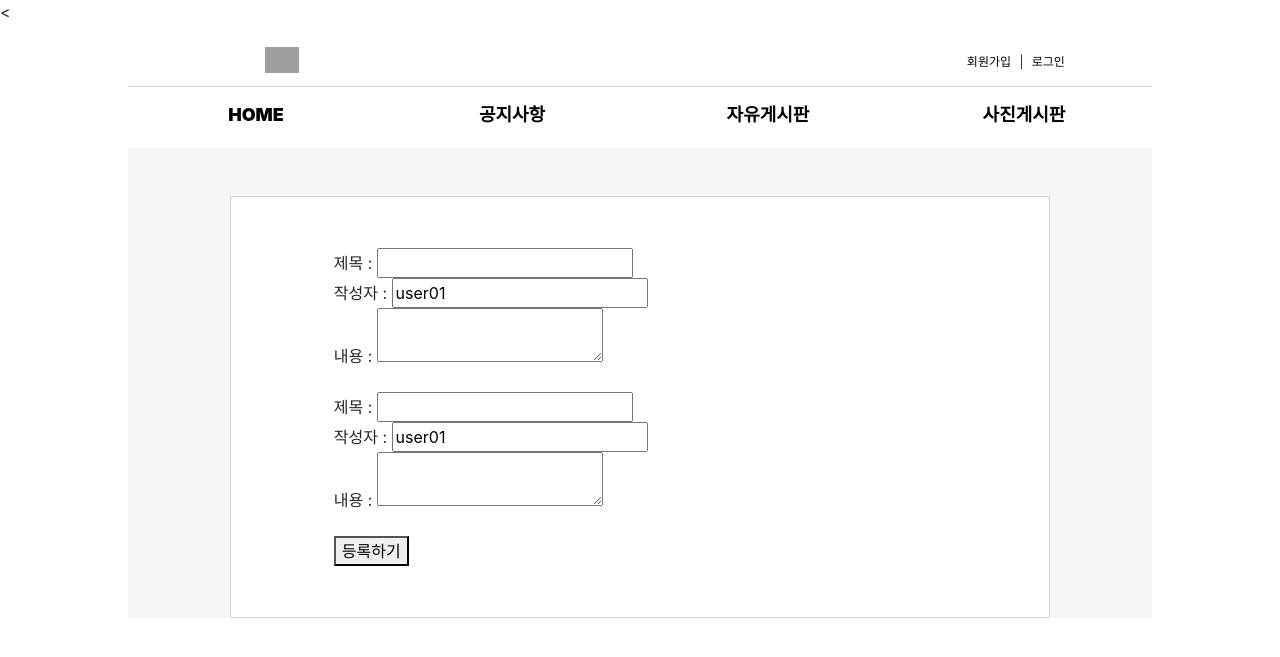
Repository: Young-27/DailyStudy
Page: http://localhost/springProject/WEB-INF/views/test/testEnrollForm1.jsp
The author's editor kept a copy of each file at every save. The page is drawn from the files as they stood at one save, then again after the next save.
The browser window is 1280 px wide. The pictures show the whole page.
Pictures or frames that could not be fetched are drawn as grey boxes. The page is served by Tomcat 9. Nobody is signed in. Other server files are loaded and not shown. The template is opened directly, without the code that normally fills it, so the values that code supplies are empty.

Above is the page before, as saved 2021-06-30 06:39:46.

### FrameWork/spring-workspace/springProject/src/main/webapp/WEB-INF/views/test/testEnrollForm1.jsp
<%@ page language="java" contentType="text/html; charset=UTF-8"
    pageEncoding="UTF-8"%>
<%@ taglib prefix="c" uri="http://java.sun.com/jsp/jstl/core"%>
<!DOCTYPE html>
<html>
<head>
<meta charset="UTF-8">
<title>Insert title here</title>
</head>
<body>
	<jsp:include page="../common/header.jsp"/>

	<div class="content">
		<br><br>
		<div class="innerOuter">
			<form action="testInsert1.do">
				제목 : <input type="text" name="boardList[0].boardTitle"> <br>
				작성자 : <input type="text" name="boardList[0].boardWriter" value="user01"> <br>
				내용 : <textarea name="boardList[0].boardContent"></textarea>
				<br><br>

				제목 : <input type="text" name="boardList[1].boardTitle"> <br>
				작성자 : <input type="text" name="boardList[1].boardWriter" value="user01"> <br>
				내용 : <textarea name="boardList[1].boardContent"></textarea>
				<br><br>

				<button type="submit">등록하기</button>
			</form>
		</div>
	</div>
</body>
</html>

### FrameWork/spring-workspace/springProject/src/main/webapp/WEB-INF/views/common/header.jsp
<%@ page language="java" contentType="text/html; charset=UTF-8"
    pageEncoding="UTF-8"%>
<%@ taglib prefix="c" uri="http://java.sun.com/jsp/jstl/core"%>
<!DOCTYPE html>
<<!-- jQuery 라이브러리 -->
<script src="https://ajax.googleapis.com/ajax/libs/jquery/3.4.1/jquery.min.js"></script>
<!-- 부트스트랩에서 제공하고 있는 스타일 -->
<link rel="stylesheet" href="https://maxcdn.bootstrapcdn.com/bootstrap/4.4.1/css/bootstrap.min.css">
<!-- 부트스트랩에서 제공하고 있는 스크립트 -->
<script src="https://maxcdn.bootstrapcdn.com/bootstrap/4.4.1/js/bootstrap.min.js"></script>
<style>
    div{box-sizing: border-box;}
    #header{
        width:80%;
        height:100px;
        padding-top: 20px;
        margin:auto;
    }
    #header>div{width:100%; margin-bottom:10px}
    #header_1{height:40%;}
    #header_2{height:60%;}

    #header_1>div{
        height:100%;
        float:left;
    }
    #header_1_left{width:30%;position:relative;}
    #header_1_center{width:40%;}
    #header_1_right{width:30%;}

    #header_1_left>img{height:80%;position:absolute;margin:auto;top:0;bottom:0;right: 0;left:0;}
    #header_1_right{text-align: center; line-height:35px; font-size: 12px; text-indent: 35px;}
    #header_1_right>a{margin: 5px;}
    #header_1_right>a:hover{cursor: pointer;}

    #header_2>ul{width:100%; height:100%; list-style-type: none; margin: auto; padding:0;}
    #header_2>ul>li{float:left; width:25%; height:100%; line-height: 55px; text-align:center;}
    #header_2>ul>li a{text-decoration: none; color:black; font-size: 18px; font-weight: 900;}

    #header_2{border-top:1px solid lightgray}

    #header a{text-decoration:none; color:black}

    /* 세부 페이지마다 공통적으로 유지할 style */
    .content{
        background-color:rgb(247, 245, 245);
        width:80%;
        margin:auto;
    }
    .innerOuter{
        border:1px solid lightgray;
        width:80%;
        margin:auto;
        padding:5% 10%;
        background:white;
    }

</style>
</head>
<body>

    <div id="header">
        <div id="header_1">
            <div id="header_1_left">
                <img src="https://www.iei.or.kr/resources/images/common/top_logo_s.jpg" alt="">
            </div>
            <div id="header_1_center"></div>
            <div id="header_1_right">
            	<c:choose>
            		<c:when test="${ loginUser == null }">
		                <!-- 로그인 전 -->
		                <a href="">회원가입</a> |
		                <a data-toggle="modal" data-target="#loginModal">로그인</a> <!-- 모달의 원리 : 이 버튼 클릭시 data-target에 제시되어있는 해당 아이디의 div가 보이는 거임 -->
	                </c:when>
	                <c:otherwise>
	                	<!-- 로그인 후  -->
		                <label>${ loginUser.userName }님 환영합니다</label> &nbsp;&nbsp;
		                <a href="">마이페이지</a>
		                <a href="logout.me">로그아웃</a>
		            </c:otherwise>
		        </c:choose>
            </div>
        </div>
        <div id="header_2">
            <ul>
                <li><a href="">HOME</a></li>
                <li><a href="">공지사항</a></li>
                <li><a href="">자유게시판</a></li>
                <li><a href="">사진게시판</a></li>
            </ul>
        </div>
    </div>

    <!-- 로그인 클릭 시 뜨는 모달 (기존에는 안보이다가 위의 a 클릭시 보임) -->
    <div class="modal fade" id="loginModal">
        <div class="modal-dialog modal-sm">
            <div class="modal-content">
            <!-- Modal Header -->
            <div class="modal-header">
                <h4 class="modal-title">Login</h4>
                <button type="button" class="close" data-dismiss="modal">&times;</button>
            </div>

            <form action="login.me" method="post">
                <!-- Modal Body -->
                <div class="modal-body">
                    <label for="userId" class="mr-sm-2">ID :</label>
                    <input type="text" class="form-control mb-2 mr-sm-2" placeholder="Enter ID" id="userId" name="userId"> <br>
                    <label for="userPwd" class="mr-sm-2">Password:</label>
                    <input type="password" class="form-control mb-2 mr-sm-2" placeholder="Enter password" id="userPwd" name="userPwd">
                </div>

                <!-- Modal footer -->
                <div class="modal-footer">
                    <button type="submit" class="btn btn-primary">로그인</button>
                    <button type="button" class="btn btn-danger" data-dismiss="modal">취소</button>
                </div>
            </form>
            </div>
        </div>
    </div>

    <br clear="both">

</body>
</html>

After the next save:
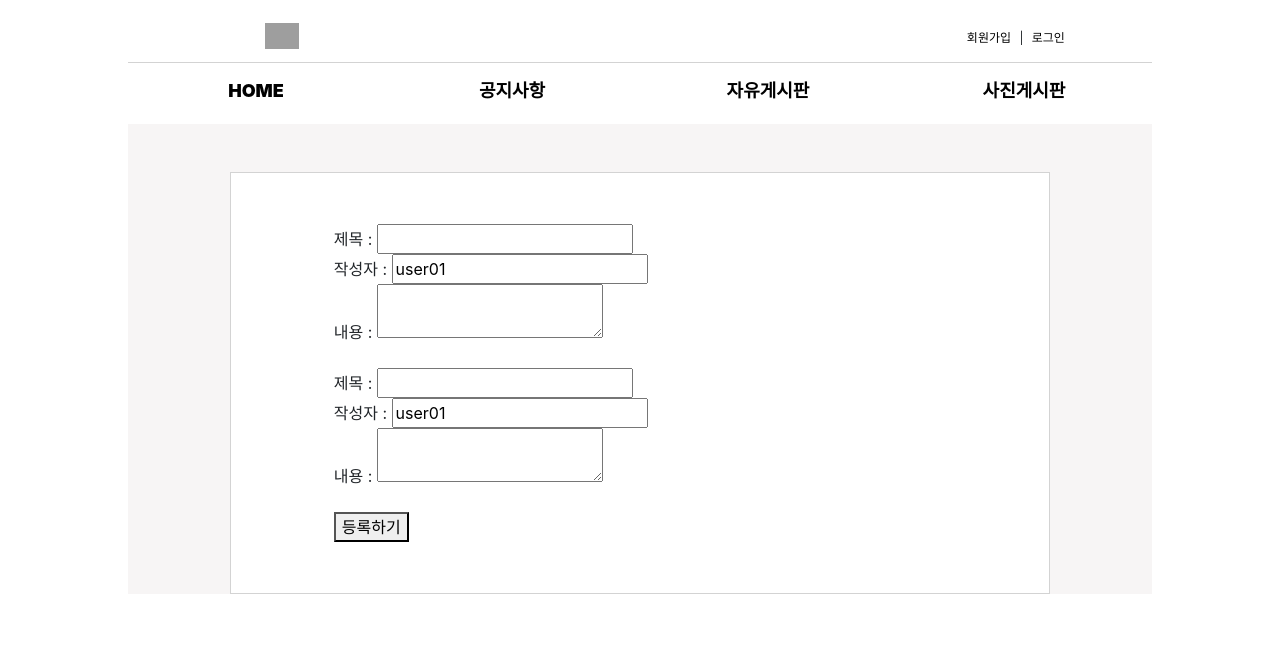
Saved 2 min 49 s later.
--- a/FrameWork/spring-workspace/springProject/src/main/webapp/WEB-INF/views/common/header.jsp
+++ b/FrameWork/spring-workspace/springProject/src/main/webapp/WEB-INF/views/common/header.jsp
@@ -2,7 +2,7 @@
     pageEncoding="UTF-8"%>
 <%@ taglib prefix="c" uri="http://java.sun.com/jsp/jstl/core"%>
 <!DOCTYPE html>
-<<!-- jQuery 라이브러리 -->
+<!-- jQuery 라이브러리 -->
 <script src="https://ajax.googleapis.com/ajax/libs/jquery/3.4.1/jquery.min.js"></script>
 <!-- 부트스트랩에서 제공하고 있는 스타일 -->
 <link rel="stylesheet" href="https://maxcdn.bootstrapcdn.com/bootstrap/4.4.1/css/bootstrap.min.css">
